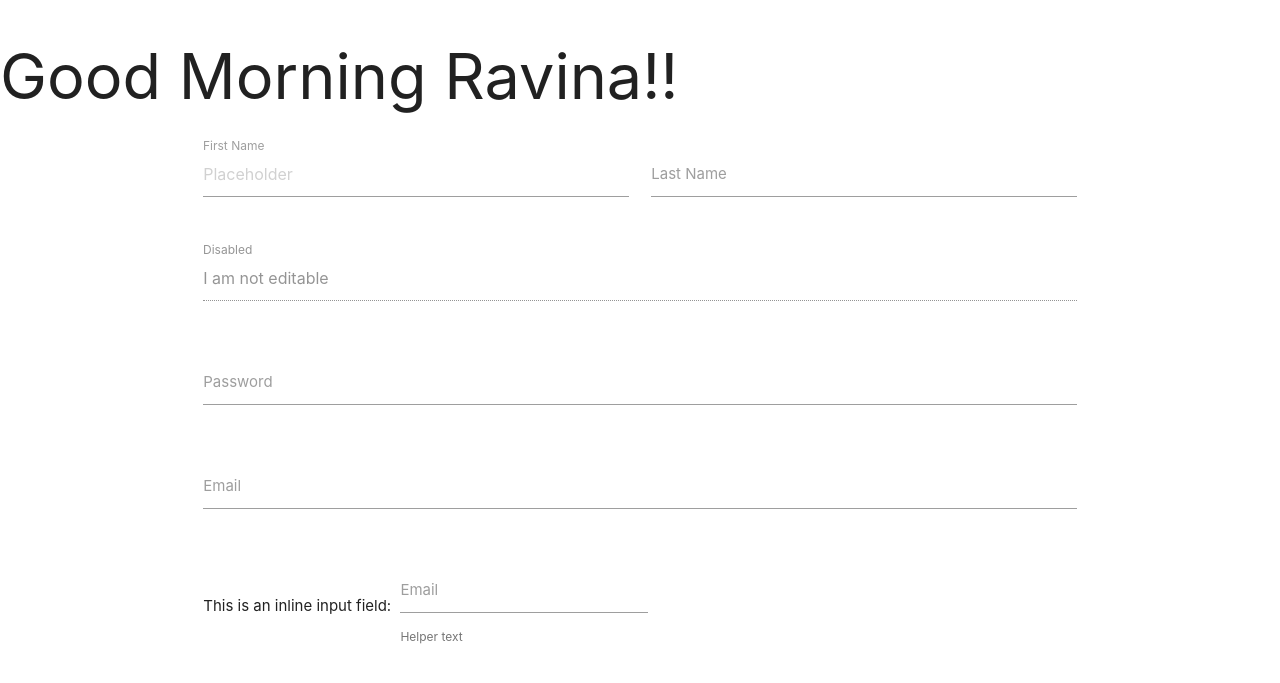
Repository: RavinakS/signup-page-html-js
Page: index.html
The author's editor kept a copy of each file at every save. The page is drawn from the files as they stood at one save, then again after the next save.
The browser window is 1280 px wide. The pictures show the whole page.

Above is the page before, as saved 2021-12-13 11:09:55.

After the next save:
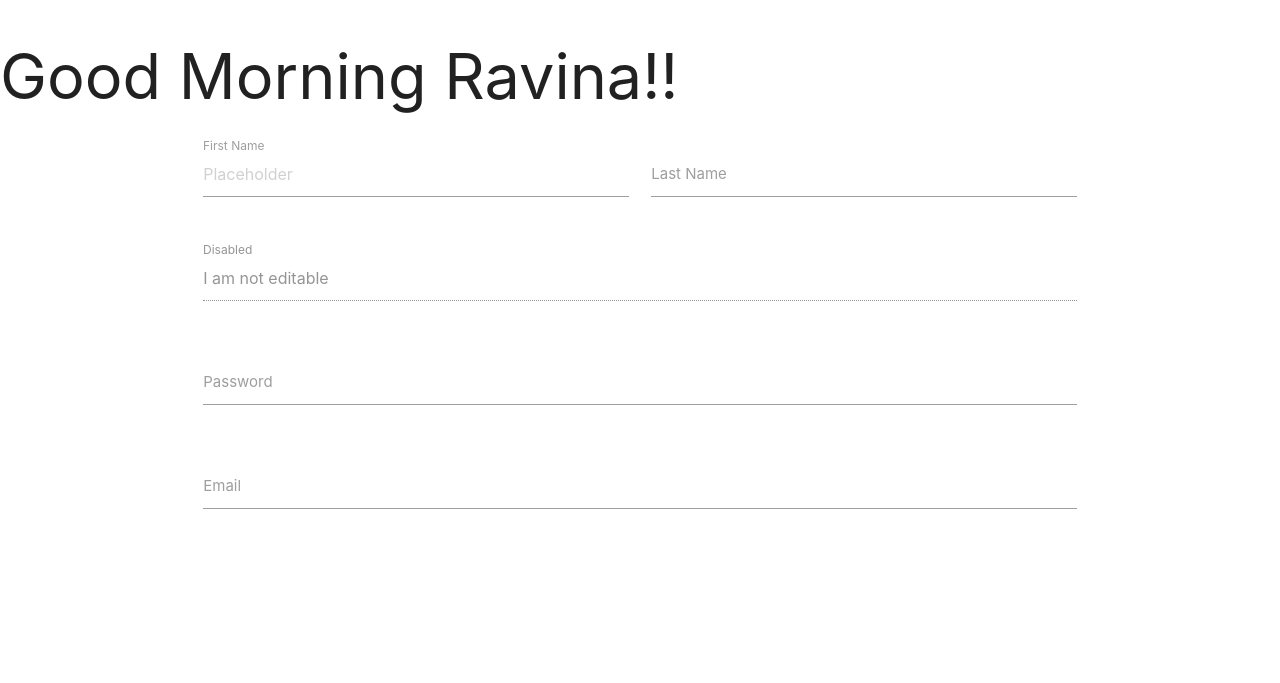
Saved 65 s later.
--- a/index.html
+++ b/index.html
@@ -43,16 +43,6 @@
                   <label for="email">Email</label>
                 </div>
               </div>
-              <div class="row">
-                <div class="col s12">
-                  This is an inline input field:
-                  <div class="input-field inline">
-                    <input id="email_inline" type="email" class="validate">
-                    <label for="email_inline">Email</label>
-                    <span class="helper-text" data-error="wrong" data-success="right">Helper text</span>
-                  </div>
-                </div>
-              </div>
             </form>
           </div>
     </div>
